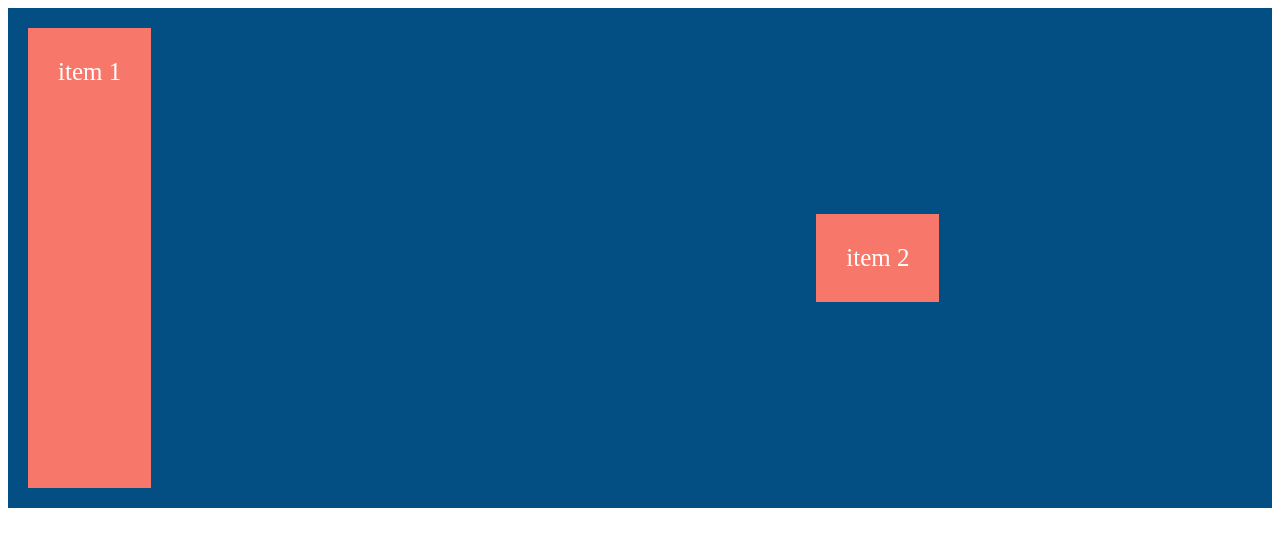
Repository: mehmetbuber38/flex
Page: flex-margin.html
The author's editor kept a copy of each file at every save. The page is drawn from the files as they stood at one save, then again after the next save.
The browser window is 1280 px wide. The pictures show the whole page.

Above is the page before, as saved 2022-01-31 21:36:30.

### flex-margin.html
<!DOCTYPE html>
<html lang="en">

<head>
    <meta charset="UTF-8">
    <meta http-equiv="X-UA-Compatible" content="IE=edge">
    <meta name="viewport" content="width=device-width, initial-scale=1.0">
    <title>Flex Container</title>
</head>
<style>
    .container {
        display: flex;

        height: 500px;
        background-color: #034f84;
        /* align-items: center;
        justify-content: center; */


    }

    .item {
        background-color: #f7786b;
        padding: 30px;
        margin: 20px;
        color: #fff;
        font-size: 25px;
        /* margin: auto; */
        /* margin-top: auto; */
        /* margin-bottom: auto; */
        /* margin-right: auto; */
        /* margin-left: auto;
        margin-top: auto; */
    }

    .item-1 {
        margin-right: auto;

    }

    .item-2 {
        margin: auto;
    }
</style>

<body>
    <div class="container">
        <div class="item item-1">item 1</div>
        <div class="item item-2">item 2</div>


    </div>

</body>

</html>

After the next save:
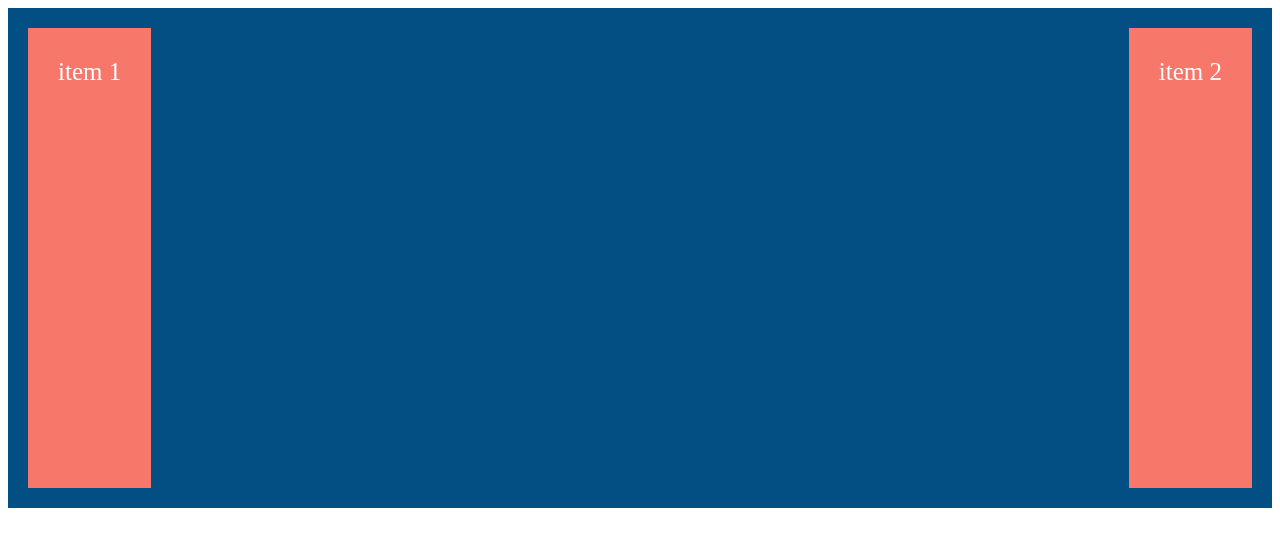
Saved 31 s later.
--- a/flex-margin.html
+++ b/flex-margin.html
@@ -34,12 +34,12 @@
     }
 
     .item-1 {
-        margin-right: auto;
+        /* margin-right: auto; */
 
     }
 
     .item-2 {
-        margin: auto;
+        margin-left: auto;
     }
 </style>
 
